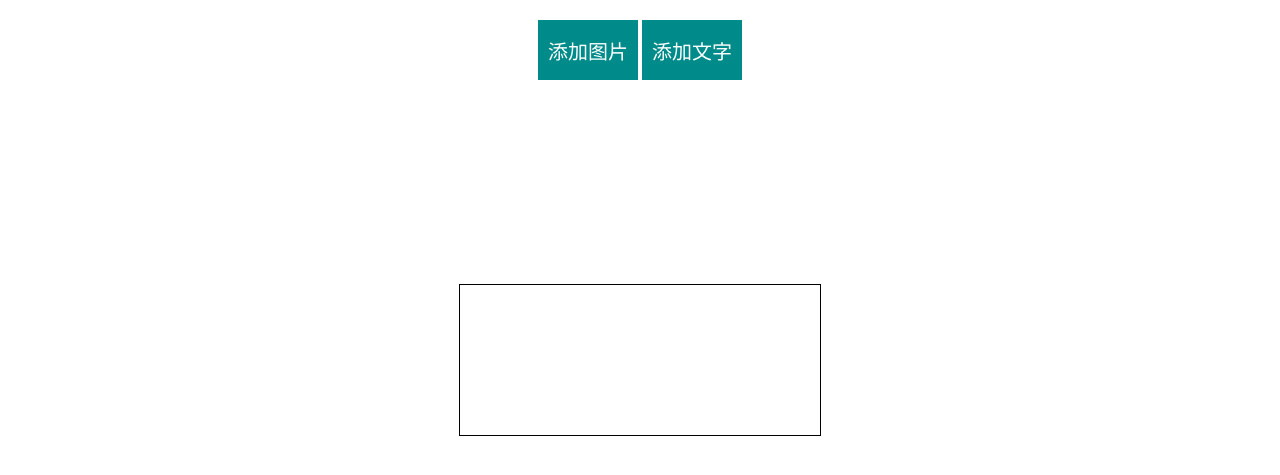
Repository: Xekin-FE/canvas-image-editor
Page: index.html
An editor plug-in stored every save of this project. The page is shown before and after the next save, followed by the edit.
The browser window is 1280 px wide. The pictures show the whole page.

Above is the page before, as saved 2018-12-14 15:43:26.

After the next save:
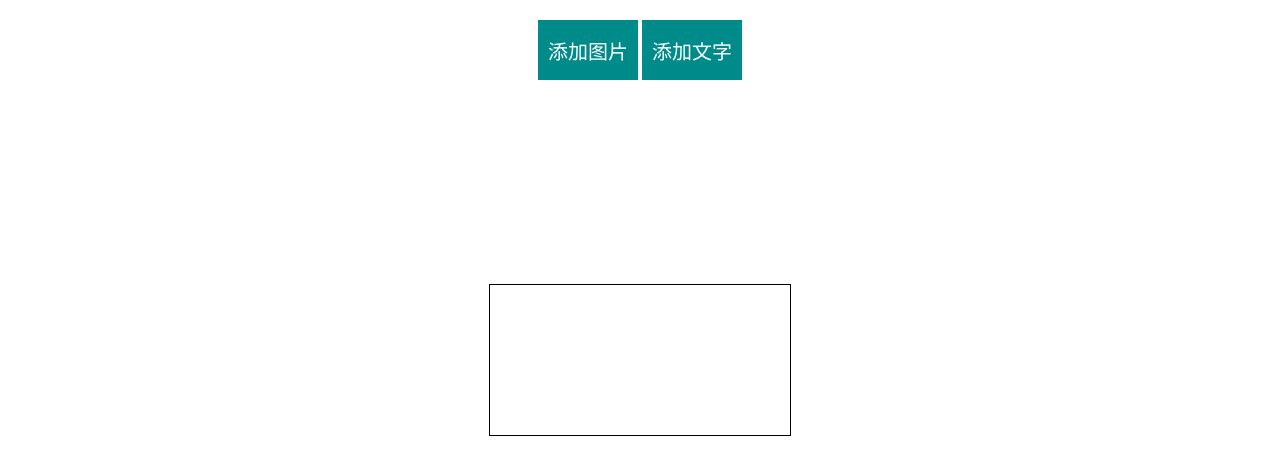
Saved 7 min 42 s later.
--- a/index.html
+++ b/index.html
@@ -9,7 +9,7 @@
 <link rel="stylesheet" href="./static/css/main.css">
 <body>
     <div id="app">
-        <canvas id="main" width="360"></canvas>
+        <canvas id="main"></canvas>
         <div class="components">
             <button onclick="addImage();">添加图片</button>
             <button onclick="addText();">添加文字</button>
@@ -19,14 +19,14 @@
     <script>
         let can = document.getElementById('main');
         let ctx = can.getContext('2d');
+        let maxHeight = 600;
+        let maxWidth = 360;
         const addImage = () => {
             let img = new Image();
             img.src = './static/image/test1.jpg';
             img.onload = () => {
-                let realwidth = can.width;
-                let realheight = img.height * can.width / img.width;
-                can.height = realheight;
-                ctx.drawImage(img, 0, 0, realwidth, realheight);
+                let imgwidth = img.width /
+                ctx.drawImage(img, 0, 0, imgwidth, imgheight);
                 ctx.save();
             }
             console.log('addImage')
